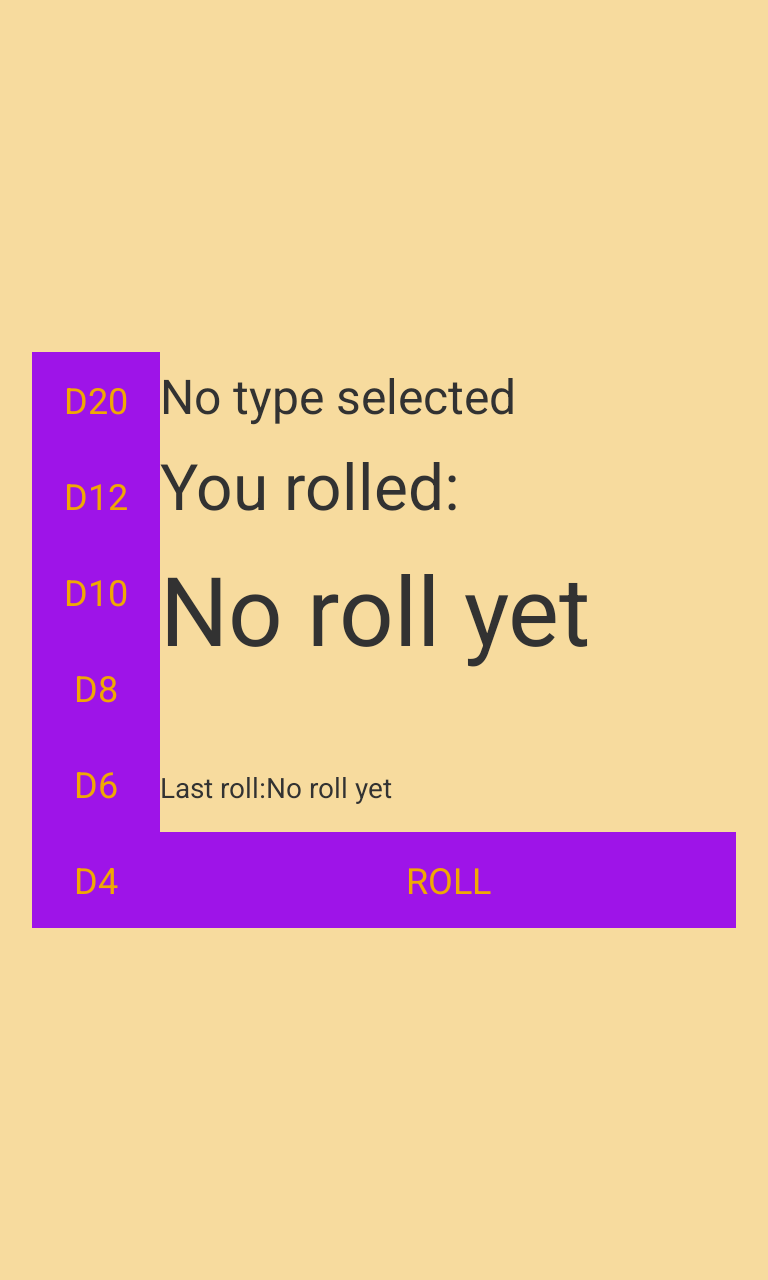
Repository: Bjodol/Roller
Layout: Roller3/res/layout/activity_main.xml
These files come from the project's save history. The layout is drawn as it stood at one moment and after the next save; the edit follows.
It is drawn on a 768 x 1280 px phone screen (xhdpi) without system bars, with theme AppTheme; the app's code is not run. The app's manifest (not shown) leaves right-to-left support off. So textAlignment, textDirection and layoutDirection are ignored, and left and right values win over start and end ones.

Above is the layout before, as saved 2013-08-31 08:39:10.

After the next save:
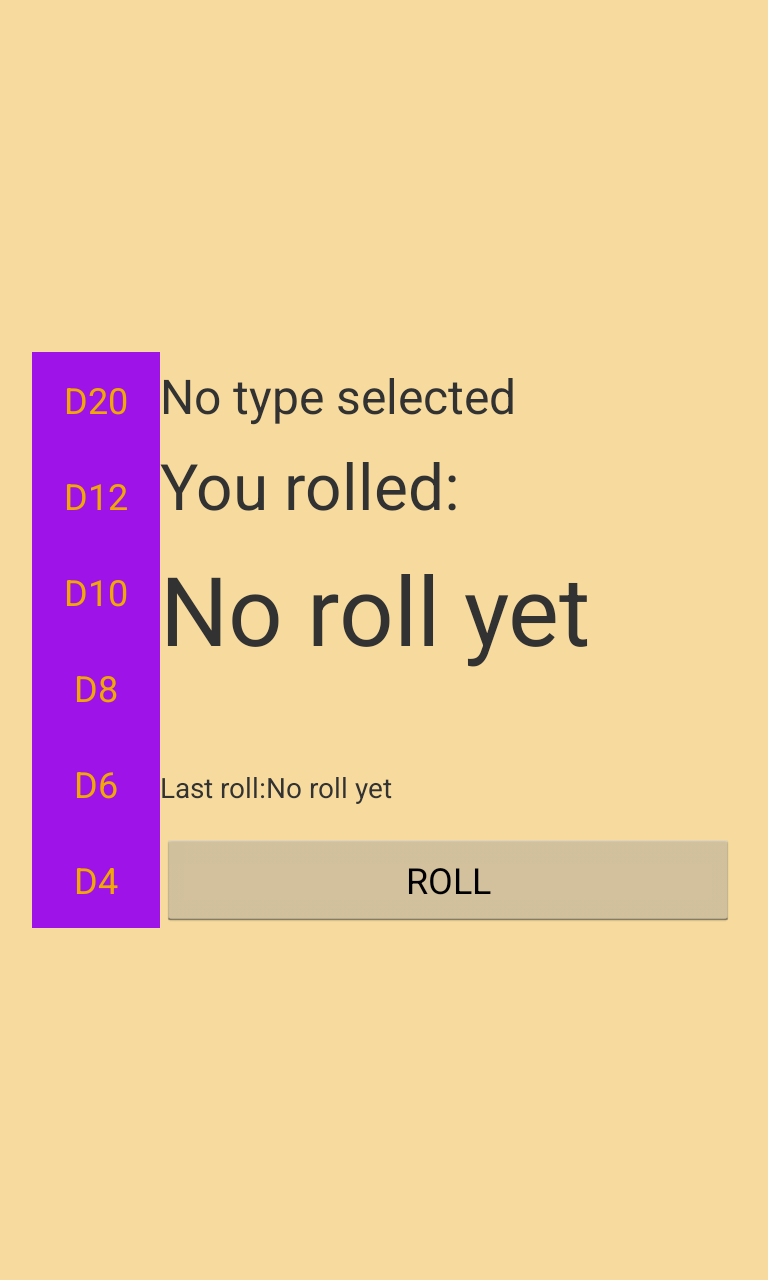
Saved 74 s later.
--- a/Roller3/res/layout/activity_main.xml
+++ b/Roller3/res/layout/activity_main.xml
@@ -14,6 +14,7 @@
         android:id="@+id/d20"
         android:background="@color/Purple"
         android:textColor="@color/Bronze"
+        android:padding="4dp"
         android:layout_width="wrap_content"
         android:layout_height="wrap_content"
         android:layout_alignParentLeft="true"
@@ -86,8 +87,6 @@
 
     <Button
         android:id="@+id/roll_button"
-        android:background="@color/Purple"
-        android:textColor="@color/Bronze"
         android:layout_width="match_parent"
         android:layout_height="wrap_content"
         android:layout_alignBaseline="@+id/d4"
